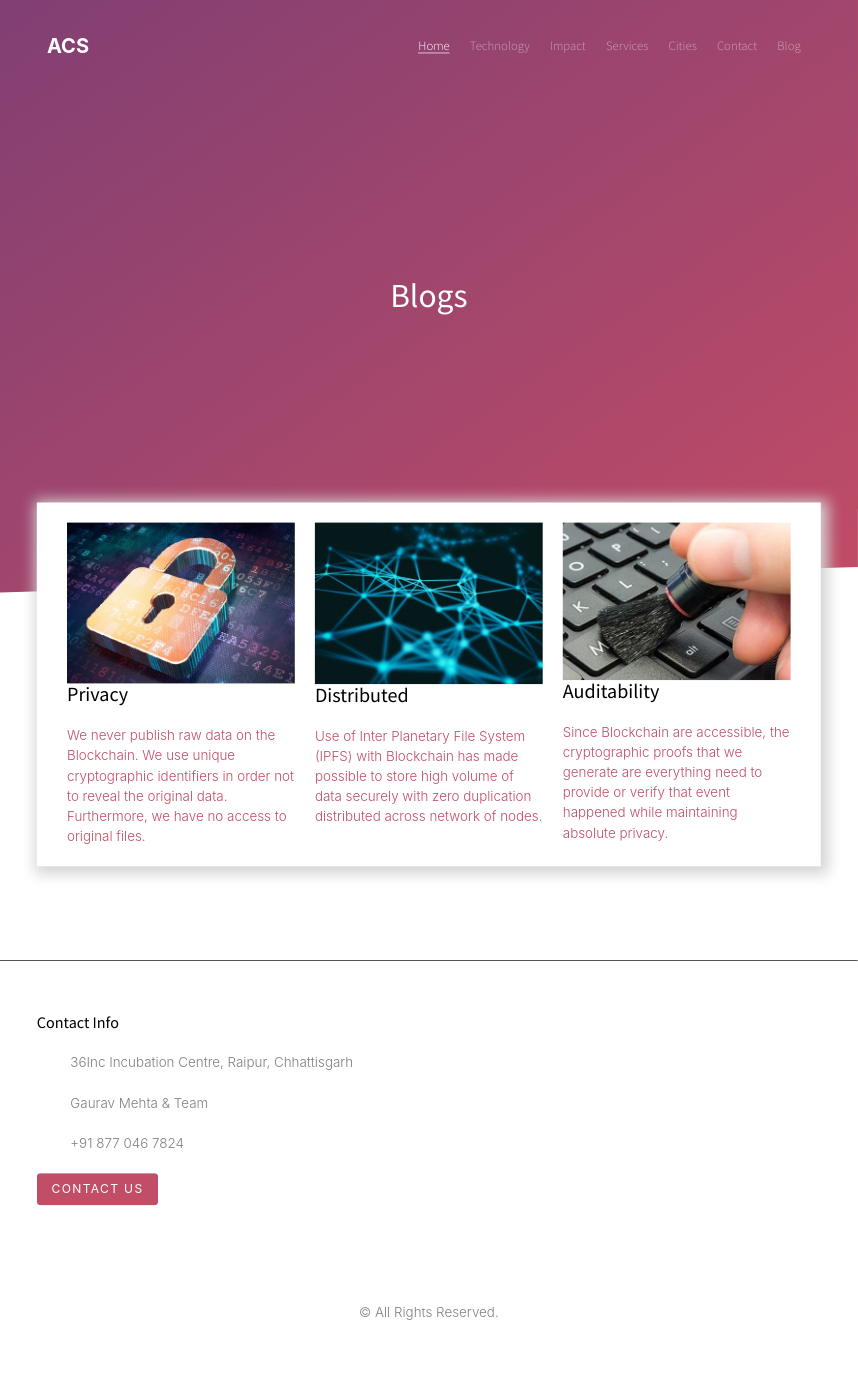
Repository: agarwalrahul-22/acs
Page: /blog
An editor plug-in stored every save of this project. The page is shown before and after the next save, followed by the edit.
The browser window is 1280 px wide. The pictures show the whole page, at 67% of full size.
Some web fonts or font styles are not loaded; a fallback is used. The project was rebuilt for these pictures with package versions that can differ from the ones it lists, and the page was loaded fresh each time. Also part of the build but not shown: src/components/main/LandingComponent.js, src/components/main/TechComponent.js, src/components/main/ImpactComponent.js, src/components/main/ServicesComponent.js, src/components/main/CitiesComponent.js, src/components/main/ContactComponent.js, src/components/MainComponent.js, src/components/IBlogComponent.js.

Above is the page before, as saved 2022-10-10 22:30:00.

After the next save:
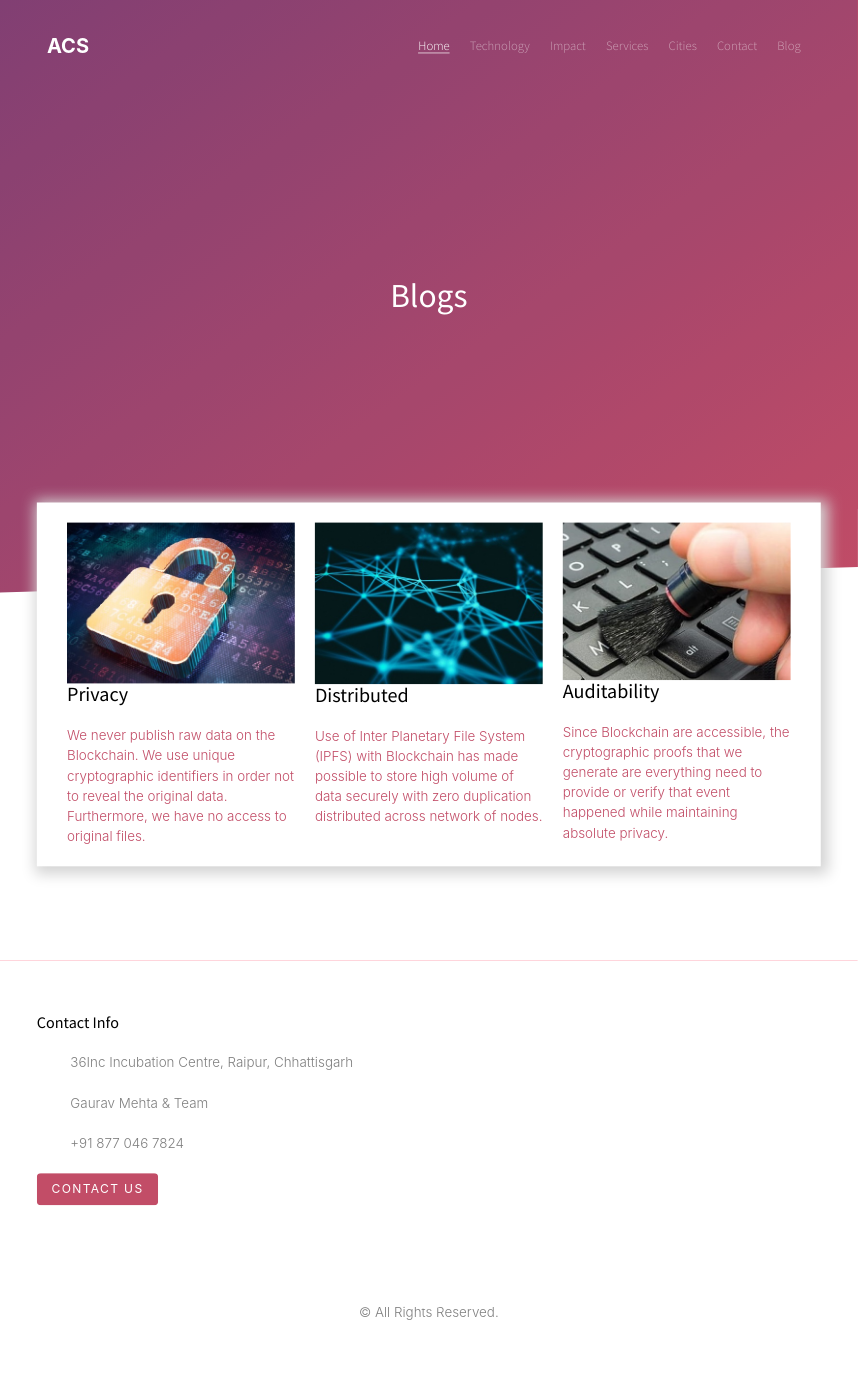
Saved 11 s later.
--- a/src/components/FooterComponent.js
+++ b/src/components/FooterComponent.js
@@ -3,7 +3,7 @@ import React from 'react'
 export default function FooterComponent() {
   return (
     <div>
-      <section id="fh5co-contact" data-section="contact" style={{borderTop:'1px solid black'}}>
+      <section id="fh5co-contact" data-section="contact" style={{borderTop:'1px solid pink'}}>
         <div className="container">
           <div className="row">
             <div className="row row-bottom-padded-md">
